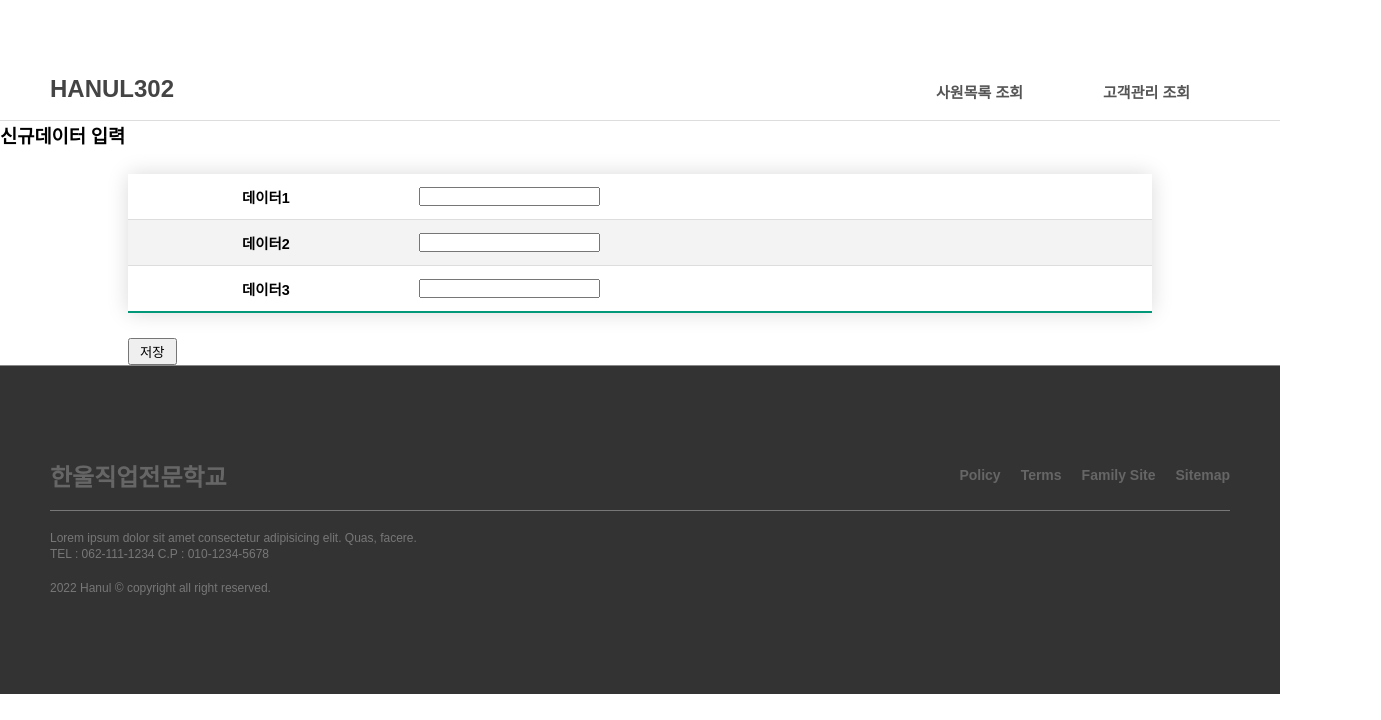
Repository: Xeyeong/servlet
Page: http://localhost/05.MiniProject/test/new.jsp
The author's editor kept a copy of each file at every save. The page is drawn from the files as they stood at one save, then again after the next save.
The browser window is 1280 px wide. The page is 1280 px wide, then 1381 px, then 1280 px, so the pictures cover 1381 px, including what lies to the right of the window. The pictures show the whole page.
Some web libraries are served in a nearby version. The page is served by Tomcat 9. Other server files are loaded and not shown.

Above is the page before, as saved 2022-09-16 03:04:06.

### 05.MiniProject/src/main/webapp/test/new.jsp
<%@ page language="java" contentType="text/html; charset=UTF-8"
	pageEncoding="UTF-8"%>
<!DOCTYPE html>
<html>
<head>
<meta charset="UTF-8">

<title>Insert title here</title>
</head>
<body>

	<%@ include file="/include/header.jsp"%>

	<h3>신규데이터 입력</h3>
	<form action="" method="">
	<table class="styled-table">
		<tr>
			<th>데이터1</th>
			<td><input type="text" name='test_data1'/></td>
		</tr>
		<tr>
			<th>데이터2</th>
			<td><input type="text" /></td>
		</tr>
		<tr>
			<th>데이터3</th>
			<td><input type="text" /></td>
		</tr>
	</table>
	<div style='margin:0 auto' class='list-top'>
		<input type='submit' value='저장'>
	</div>
	</form>
	<%@ include file="/include/footer.jsp"%>
</body>
</html>

### 05.MiniProject/src/main/webapp/include/header.jsp
<%@ page language="java" contentType="text/html; charset=UTF-8"
	pageEncoding="UTF-8"%>
<!DOCTYPE html>
<html>
<head>
<meta charset="UTF-8">
<title>Insert title here</title>
</head>
<body>

<head>
<meta charset="UTF-8">
<meta http-equiv="X-UA-Compatible" content="IE=CHROME">
<meta name="viewport" content="width=device-width, initial-scale=1.0">
<title>실습용 테마</title>
<link rel="icon" href="favicon.ico" type="image/x-icon">
<script src="https://kit.fontawesome.com/c47106c6a7.js"
	crossorigin="anonymous"></script>
<link rel="stylesheet" href="css/style.css">
<script src="js/ie.js"></script>
<linka
	href="https://cdn.jsdelivr.net/npm/bootstrap@5.2.0-beta1/dist/css/bootstrap.min.css"
	rel="stylesheet"
	integrity="sha384-0evHe/X+R7YkIZDRvuzKMRqM+OrBnVFBL6DOitfPri4tjfHxaWutUpFmBp4vmVor"
	crossorigin="anonymous">
<script
	src="https://cdn.jsdelivr.net/npm/bootstrap@5.2.0-beta1/dist/js/bootstrap.bundle.min.js"
	integrity="sha384-pprn3073KE6tl6bjs2QrFaJGz5/SUsLqktiwsUTF55Jfv3qYSDhgCecCxMW52nD2"
	crossorigin="anonymous"></script>
<script src="https://code.jquery.com/jquery-3.6.0.min.js"></script>
</head>
<body>
	<header>
		<div class="inner">
			<h1>
				<a href="#">HANUL302</a>
			</h1>
			<ul id="gnb">
				<li><a href="jspTest_01.te">사원목록 조회</a></li>
				<li><a href="jspTest_02.te">고객관리 조회</a></li>
			</ul>


		</div>

	</header></html>

### 05.MiniProject/src/main/webapp/include/footer.jsp
<%@ page language="java" contentType="text/html; charset=UTF-8"
    pageEncoding="UTF-8"%>
<footer>
		<div class="inner">
			<div class="upper">
				<h1>한울직업전문학교</h1>
				<ul>
					<li><a href="#">Policy</a></li>
					<li><a href="#">Terms</a></li>
					<li><a href="#">Family Site</a></li>
					<li><a href="#">Sitemap</a></li>
				</ul>
			</div>
			<div class="lower">
				<address>
					Lorem ipsum dolor sit amet consectetur adipisicing elit. Quas,
					facere.<br> TEL : 062-111-1234 C.P : 010-1234-5678
				</address>
				<p>2022 Hanul &copy; copyright all right reserved.</p>
			</div>
		</div>
</footer>

### 05.MiniProject/src/main/webapp/css/style.css
@charset 'utf-8';


* {
	margin: 0px;
	padding: 0px;
	box-sizing: border-box;
}
ul,
ol {
	list-style: none;
}
a {
	text-decoration: none;
}

/* header */
header {
	width: 100%;
	border-bottom: 1px solid #ddd;
}
header .inner {
	width: 1180px;
	height: 120px;
	margin: 0px auto;
	position: relative; /*자식 absolute 요소의 기준점 설정*/
}
header .inner h1 {
	position: absolute;
	left: 0px;
	bottom: 15px;
}
header .inner h1 a {
	font: bold 24px/1 "arial";
	color: #444;
}
header .inner .util {
	position: absolute;
	top: 20px;
	right: 30px;
}
header .inner .util li {
	float: left;
}
header .inner .util li a {
	display: block;
	font: 18px "arial";
	color: #999;
	padding: 0px 10px;
}
header .inner #gnb {
	position: absolute;
	bottom: 0px;
	right: 0px;
}
header .inner #gnb li {
	float: left;
}
header .inner #gnb li a {
	display: block; /*인라인 요소는 block설정하여 크기를 조절가능*/
	font: bold 15px/1 "arial";
	color: #555;
	padding: 20px 40px;
	transition: all 0.5s;
}
header .inner #gnb li a:hover {
	background: #555;
	color: #fff;
}
figure {
	width: 100%;
	height: calc(100vh - 120px); /*전체 브라우저 높이에서 120px만큼 빼줌*/
	background: #000;
	position: relative;
	overflow: hidden;
	padding-top: 250px;
}
figure video {
	object-fit: cover; /*영상을 figure안쪽에 꽉 차도록 설정*/
	width: 100%;
	height: 100%;
	opacity: 0.3;
	position: absolute;
	top: 0px;
	left: 0px;
}
figure .inner {
	width: 1180px;
	margin: 0px auto;
	position: relative;
}
figure .inner h1 {
	font: normal 120px/1 "arial";
	color: #fff;
	margin-bottom: 20px;
}
figure .inner p {
	font: 16px/1.4 "arial";
	color: #888;
	margin-bottom: 60px;
}
figure .inner a {
	display: block;
	width: 400px;
	height: 30px;
	border: 1px solid #bbb;
	font: bold 11px/30px "arial";
	color: #fff;
	text-align: center;
	letter-spacing: 1px;
	transition: all 0.5s;
}
figure .inner a:hover {
	background: #fff;
	color: #555;
}
/* news */
section {
	width: 100%;
	padding: 200px 0px;
}
section .inner {
	width: 1180px;
	margin: 0px auto;
}
section .inner h1 {
	font: bold 24px/1 "arial";
	color: #555;
	text-align: center;
	margin-bottom: 50px;
}
section .inner .wrap {
	width: 100%;
}
section .inner .wrap::after {
	/*자식 요소인 article의 float해제*/
	content: "";
	display: block;
	clear: both;
}
section .inner .wrap article {
	width: 32%;
	float: left;
	margin-right: 20px;
}
section .inner .wrap article:last-child {
	/*제일 오른쪽 마지막 요소만 여백제거*/
	margin-right: 0px;
}
section .inner .wrap article h2 {
	margin-bottom: 10px;
}
section .inner .wrap article h2 a {
	font: bold 16px/1 "arial";
	color: #555;
}
section .inner .wrap article p {
	font: 14px/1.4 "arial";
	color: #777;
}
section .inner .wrap article .pic {
	width: 100%;
	height: 120px;
	background: #333;
	margin-bottom: 15px;
	position: relative;
	overflow: hidden;
}
section .inner .wrap article .pic img {
	object-fit: cover; /*pic프레임안에 이미지 꽉 채움*/
	width: 100%;
	height: 100%;
}
/* footer */
footer {
	width: 100%;
	background: #333;
	padding: 100px 0px;
	border-top: 1px solid #888;
}
footer .inner {
	width: 1180px;
	margin: 0px auto;
}
footer .inner .upper {
	width: 100%;
	border-bottom: 1px solid #777;
	padding-bottom: 20px;
}
footer .inner .upper::after {
	/*상단 영역 float해제*/
	content: "";
	display: block;
	clear: both;
}
footer .inner .upper h1 {
	float: left;
	font: bold 24px/1 "arial";
	color: #666;
}
footer .inner .upper ul {
	float: right;
}
footer .inner .upper ul li {
	float: left;
	margin-left: 20px;
}
footer .inner .upper ul li a {
	font: bold 14px/1 "arial";
	color: #666;
}
footer .inner .lower {
	width: 100%;
	padding-top: 20px;
}
footer .inner .lower address {
	width: 100%;
	font: 12px/1.3 "arial";
	color: #777;
	margin-bottom: 20px;
}
footer .inner .lower p {
	width: 100%;
	font: 12px/1 "arial";
	color: #777;
}

.styled-table {
	width: 80%;
    border-collapse: collapse;
    margin: 2% 10% 2% 10% ;
    font-size: 0.9em;
    font-family: sans-serif;
    min-width: 400px;
    box-shadow: 0 0 20px rgba(0, 0, 0, 0.15);

}

.styled-table thead tr {
    background-color: #009879;
    color: #ffffff;
    text-align: left;
}

.styled-table th,
.styled-table td {
    padding: 12px 15px;
}

.styled-table tbody tr {
    border-bottom: 1px solid #dddddd;
}

.styled-table tbody tr:nth-of-type(even) {
    background-color: #f3f3f3;
}

.styled-table tbody tr:last-of-type {
    border-bottom: 2px solid #009879;
}

.styled-table tbody tr.active-row {
    font-weight: bold;
    color: #009879;
}



.styled-table {
	width: 80%;
    border-collapse: collapse;
    margin: 2% 10% 2% 10%;
    font-size: 0.9em;
    font-family: sans-serif;
    min-width: 400px;
    box-shadow: 0 0 20px rgba(0, 0, 0, 0.15);
}

.styled-table thead tr {
    background-color: #009879;
    color: #ffffff;
    text-align: left;
}

.styled-table th,
.styled-table td {
    padding: 12px 15px;
}

.styled-table tbody tr {
    border-bottom: 1px solid #dddddd;
}

.styled-table tbody tr:nth-of-type(even) {
    background-color: #f3f3f3;
}

.styled-table tbody tr:last-of-type {
    border-bottom: 2px solid #009879;
}

.styled-table tbody tr.active-row {
    font-weight: bold;
    color: #009879;
}
.list-top{
	width: 80%;
	margin: 2%, 10%;
}
input[ type=button ] {
	padding : 2px 10px
}

input[type=submit ]{
	padding: 2px 10px
}

Loaded but not shown: 05.MiniProject/src/main/webapp/js/ie.js (common file)

After the next save:
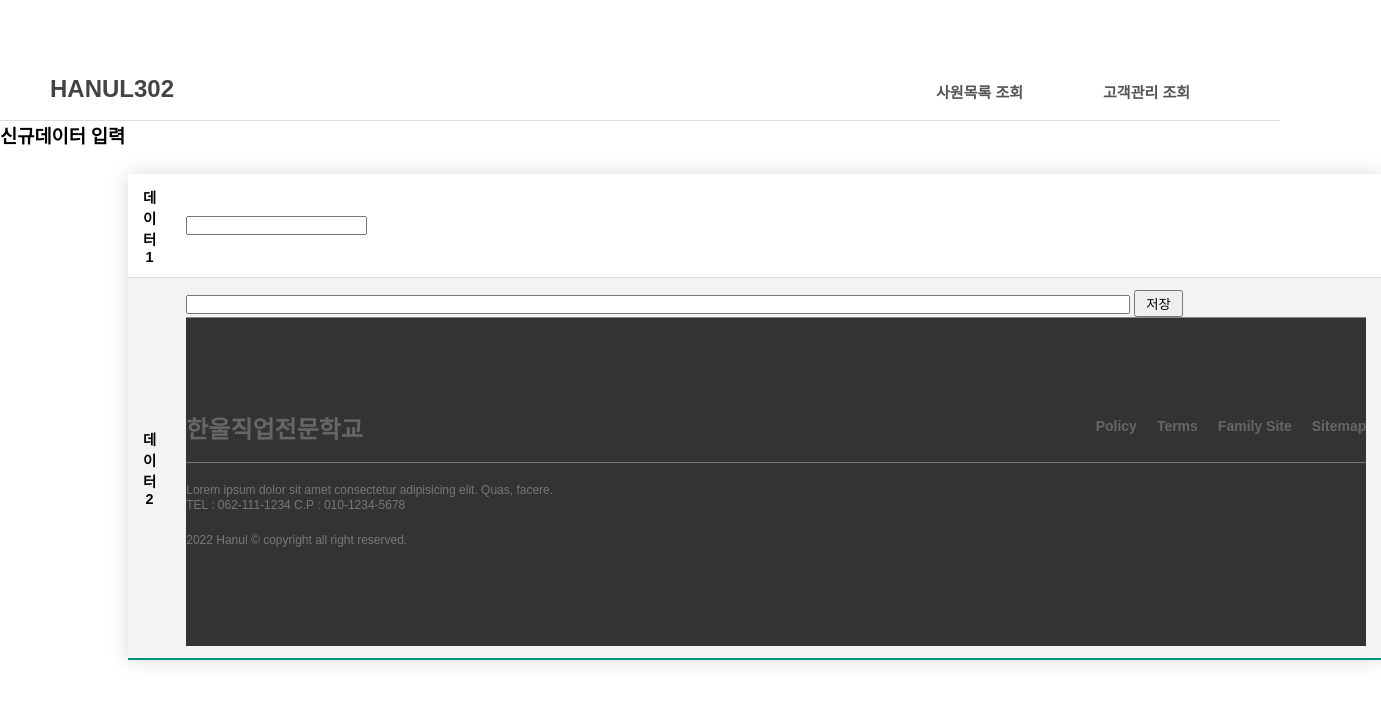
Saved 43 s later.
--- a/05.MiniProject/src/main/webapp/test/new.jsp
+++ b/05.MiniProject/src/main/webapp/test/new.jsp
@@ -20,7 +20,7 @@
 		</tr>
 		<tr>
 			<th>데이터2</th>
-			<td><input type="text" /></td>
+			<td><input type="text" name='test_data2/></td>
 		</tr>
 		<tr>
 			<th>데이터3</th>

After the 3 saves that followed:
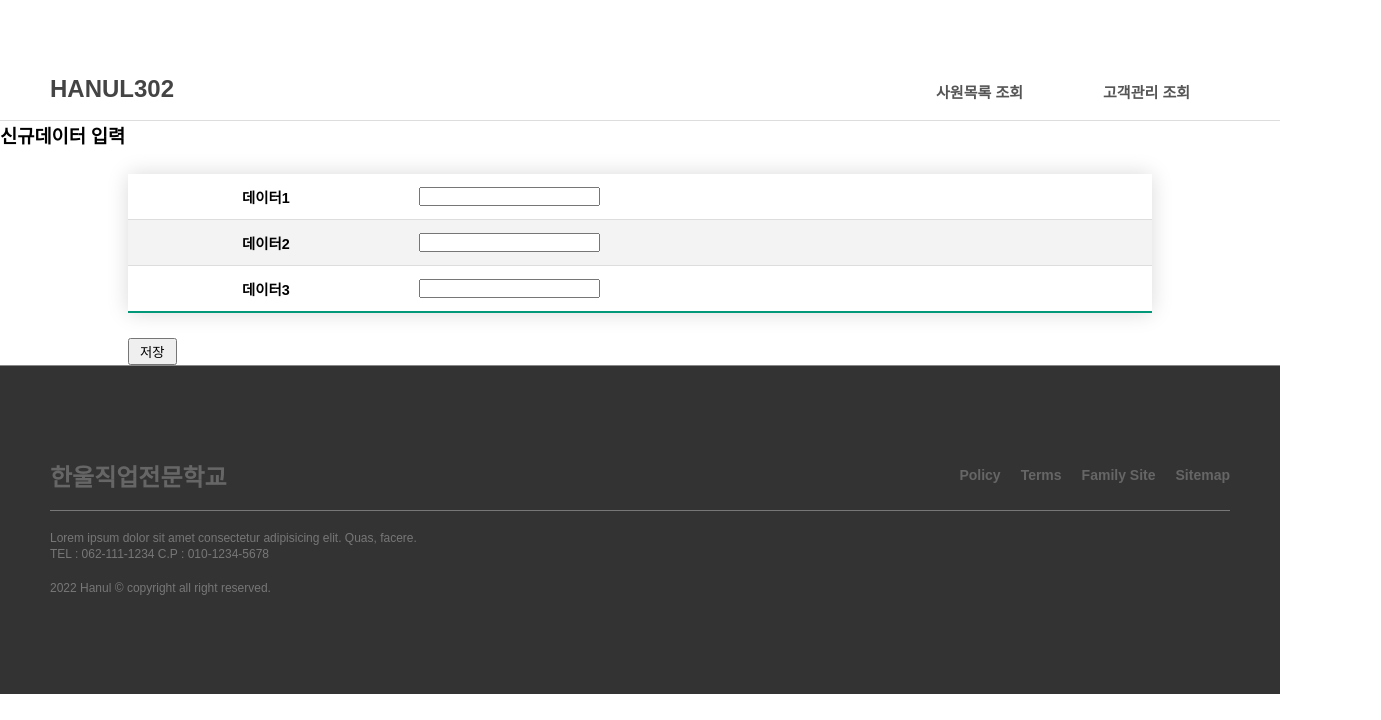
The 3 saves are shown as one change because they came seconds apart.
The last was saved 11 s later.
--- a/05.MiniProject/src/main/webapp/test/new.jsp
+++ b/05.MiniProject/src/main/webapp/test/new.jsp
@@ -12,7 +12,7 @@
 	<%@ include file="/include/header.jsp"%>
 
 	<h3>신규데이터 입력</h3>
-	<form action="" method="">
+	<form action="" method="post">
 	<table class="styled-table">
 		<tr>
 			<th>데이터1</th>
@@ -20,7 +20,7 @@
 		</tr>
 		<tr>
 			<th>데이터2</th>
-			<td><input type="text" name='test_data2/></td>
+			<td><input type="text" ></td>
 		</tr>
 		<tr>
 			<th>데이터3</th>
